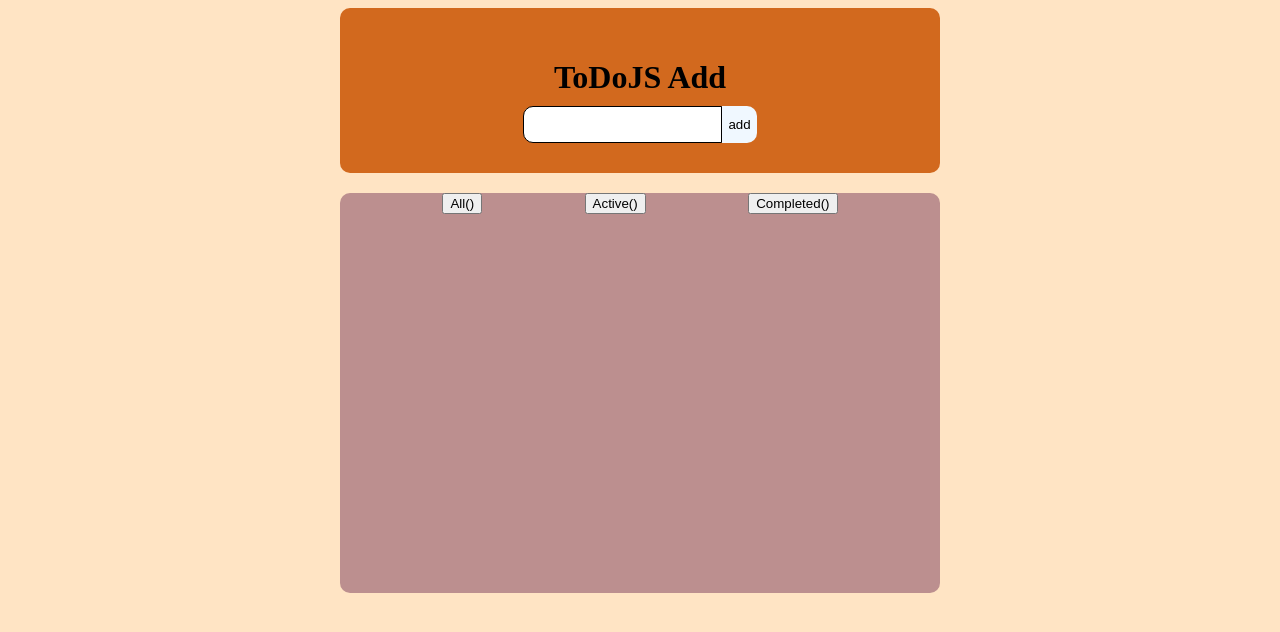
Repository: Savich01/ToDo
Page: index.html
The author's editor kept a copy of each file at every save. The page is drawn from the files as they stood at one save, then again after the next save.
The browser window is 1280 px wide. The pictures show the whole page.

Above is the page before, as saved 2024-05-03 14:48:09.

### index.html
<!DOCTYPE html>
<html lang="en">
<head>
    <meta charset="UTF-8">
    <meta name="viewport" content="width=device-width, initial-scale=1.0">
    <link rel="stylesheet" href="css/style.css">
    <title>ToDO</title>
</head>
<body>
    <header class="header">
        <div class="header-block">
            <div class="header-block__sub">
                <h1 class="title">ToDoJS Add</h1>
                <form class="personal" action="#">
                    <input type="text" class="personal-input">
                    <button class="personal-btn">add</button>
                </form>
            </div>
        </div>
    </header>
     <main class="main">
        <div class="main-block">
            <div class="main-container">

            </div>
            <div class="main-button">
                <button class="main-btn1">All()</button>
                <button class="main-btn2">Active()</button>
                <button class="main-btn3">Completed()</button>
            </div>
            </div>
        </div>
     </main>
        <script src="js/script.js"></script>
</body>
</html>

### css/style.css
/*------------HEADER-------------------------------------*/

body {
    max-width: 100%;
    background: #FFE4C4;
}
.header {
    margin-bottom: 20px;
}
.header-block {
    max-width: 600px;
    margin: 0 auto;
    background: #D2691E;
    border-radius: 10px;
}
 .header-block__sub {
    display: flex;
    flex-direction: column;
    justify-content: center;
    align-items: center;
    padding: 30px 0px;
 }

 .title {
    margin-bottom: 10px;
 }

 .personal {
    display: flex;
    justify-content: center;
 }

 .personal-input{
    padding: 10px;
    border: 1px solid #000;
    border-radius: 10px 0px 0px 10px;
 }
.personal-btn {
    border: none;
    background-color: aliceblue;
    border-radius: 0px 10px 10px 0px;
    cursor: pointer;
}
/*------------------MAIN-------------------------------------*/

.main-block {
   max-width: 600px;
   margin: 0 auto;
   background: #BC8F8F;
   height: 400px;
   border-radius: 10px;
}
.main-button {
    /* width: 100%; */
    display: flex;
    align-items: center;
    justify-content: space-evenly;
    /* flex-direction: column; */
    align-content: flex-start;
}
/*------------------FOOTER--------------------------------------------------*/

Loaded but not shown: js/script.js (no copy from this time; the picture is the same without it)

After the next save:
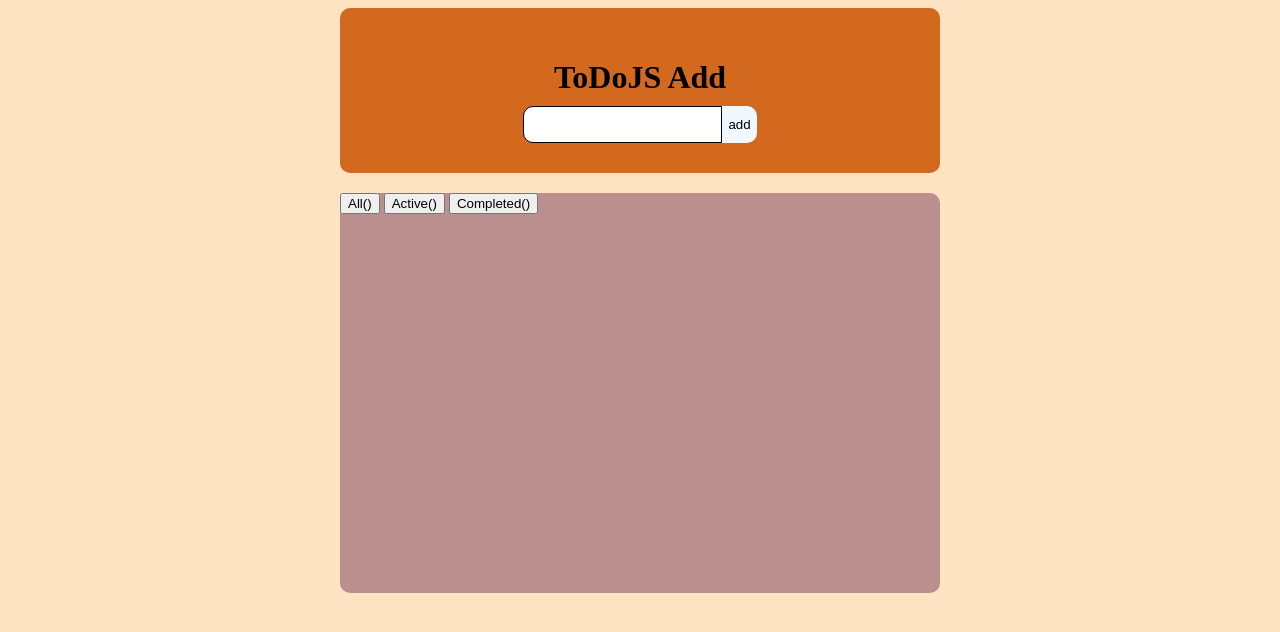
Saved 43 s later.
--- a/css/style.css
+++ b/css/style.css
@@ -51,11 +51,11 @@ body {
    border-radius: 10px;
 }
 .main-button {
-    /* width: 100%; */
+    /* width: 100%;
     display: flex;
     align-items: center;
     justify-content: space-evenly;
     /* flex-direction: column; */
-    align-content: flex-start;
+    /* align-content: flex-start; */
 }
 /*------------------FOOTER--------------------------------------------------*/
